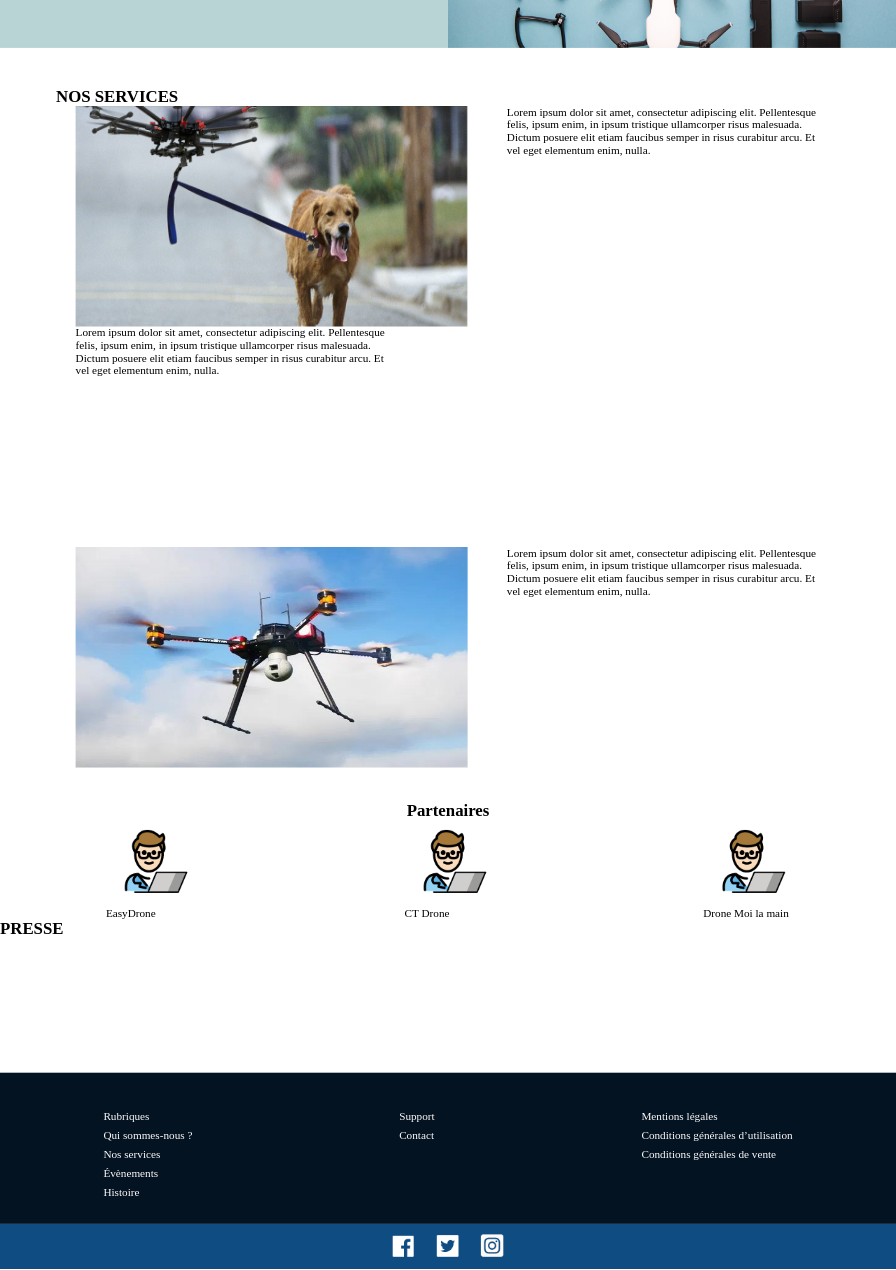
Repository: clairedupuich/serv_drone
Page: http://localhost/aceuille.html
An editor plug-in stored every save of this project. The page is shown before and after a run of saves, followed by the edit.
The browser window is 1280 px wide. The pictures show the part of the page from y = 808 to 2728 px (the page is 2622 px tall before and 2728 px after), at 70% of full size.
Pictures or frames that could not be fetched are drawn as grey boxes. The page is run by PHP 8.4 with error messages shown; the project is at /var/www/html/.

Above is the page before, as saved 2020-11-01 22:23:59.

After the next 2 saves:
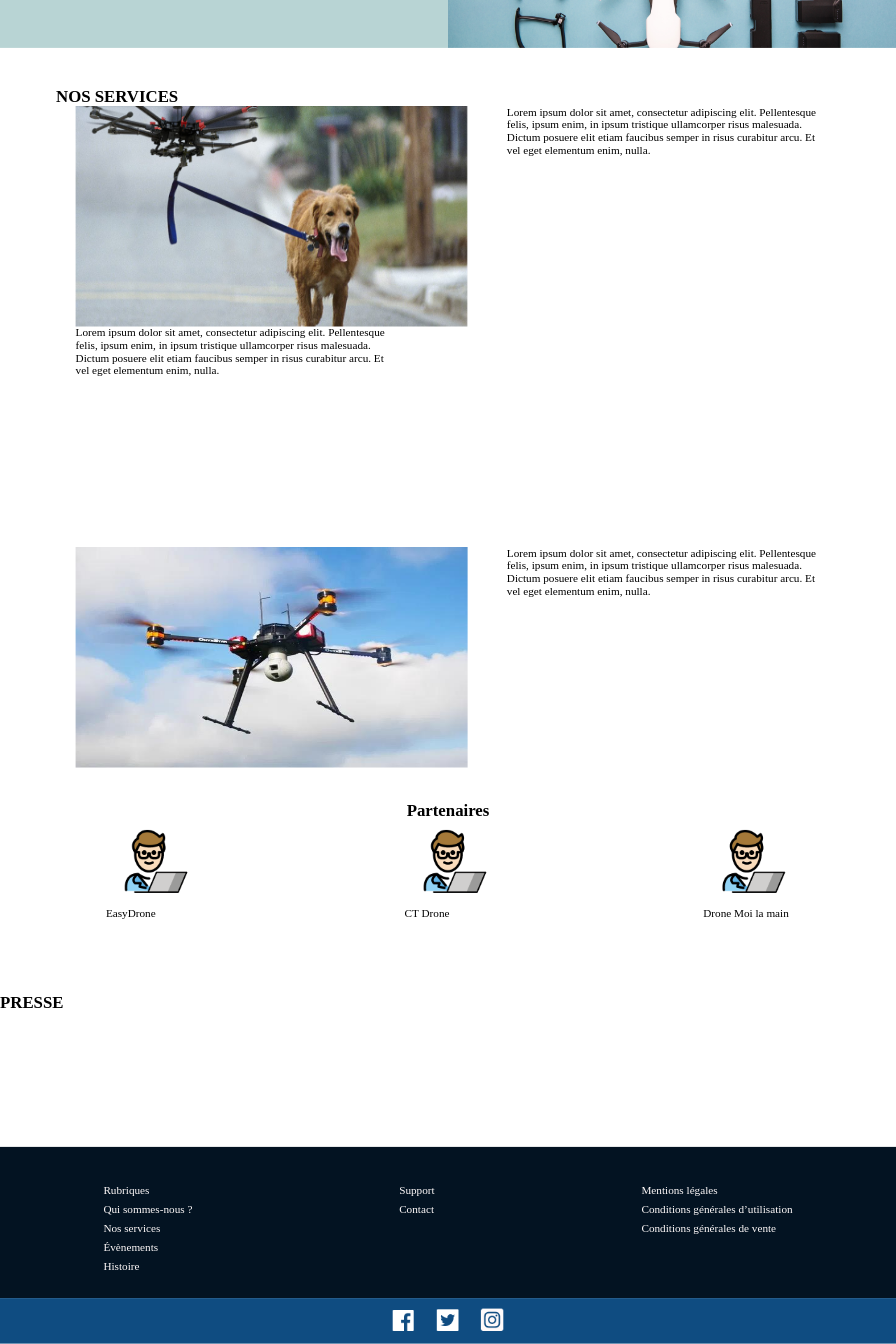
The 2 saves are shown as one change because they came seconds apart.
The last was saved 6 s later.
--- a/style.css
+++ b/style.css
@@ -645,6 +645,6 @@ form {
 }
 .block-partner {
     display: grid;
-    grid-template-rows: 1fr;
+    grid-template-rows: 1fr 1fr;
     grid-template-columns: ;
 }
